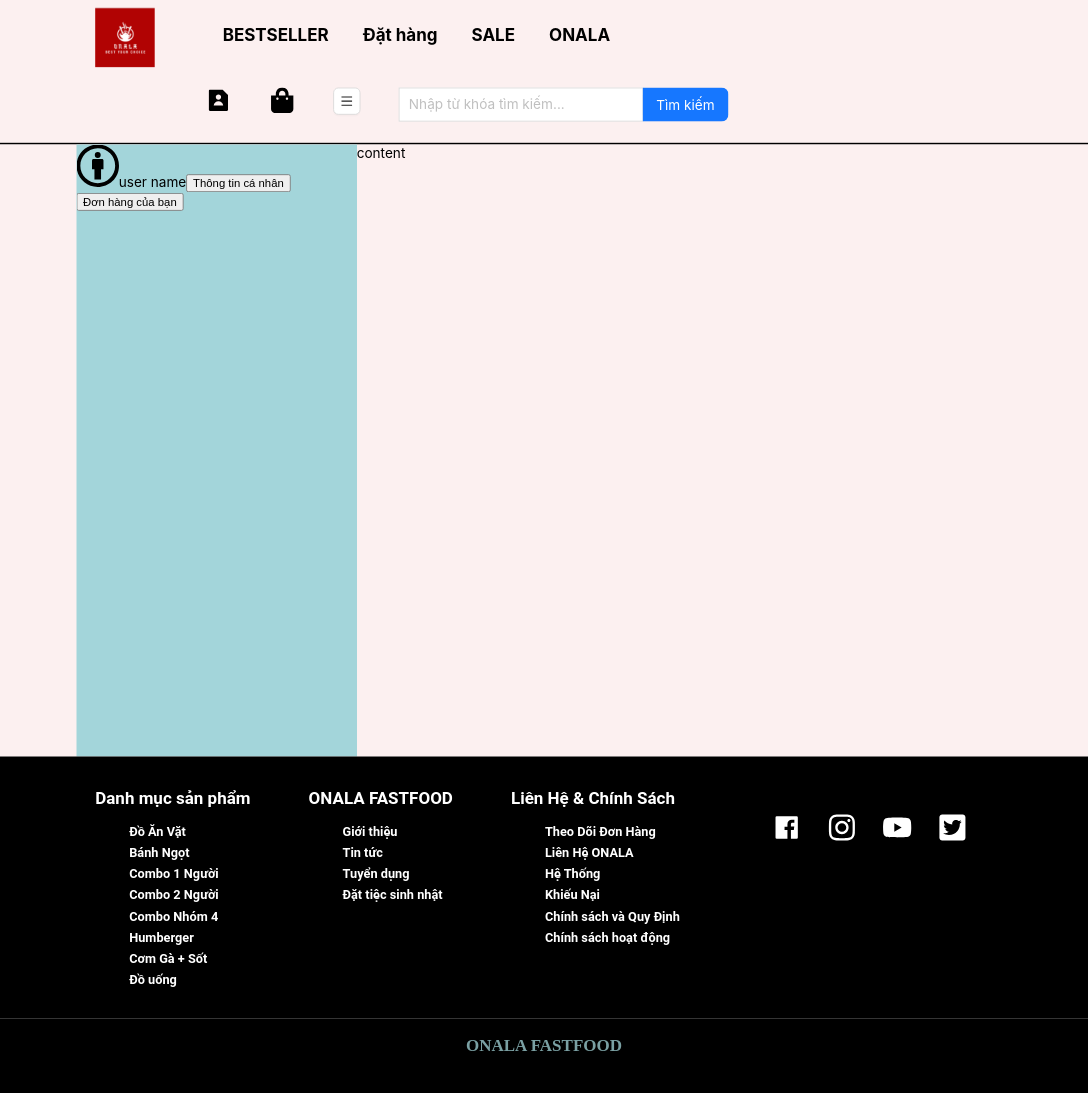
Repository: tranlan149/ONALA
Page: /account
An editor plug-in stored every save of this project. The page is shown before and after a run of saves, followed by the edit.
The browser window is 1280 px wide. The pictures show the whole page, at 85% of full size.
The project was rebuilt for these pictures with package versions that can differ from the ones it lists, and the page was loaded fresh each time. Also part of the build but not shown: src/Components/Search/Search.css, src/Pages/BestSeller/index.js, src/Pages/ONALA/index.js, src/Pages/Sale/index.js, src/Pages/Recommend/index.js, src/Pages/Register/RegisterForm.module.css, src/Pages/Register/index.js, src/Pages/Login/LoginForm.module.css and 12 more.

Above is the page before, as saved 2025-02-11 16:07:32.

After the next 4 saves:
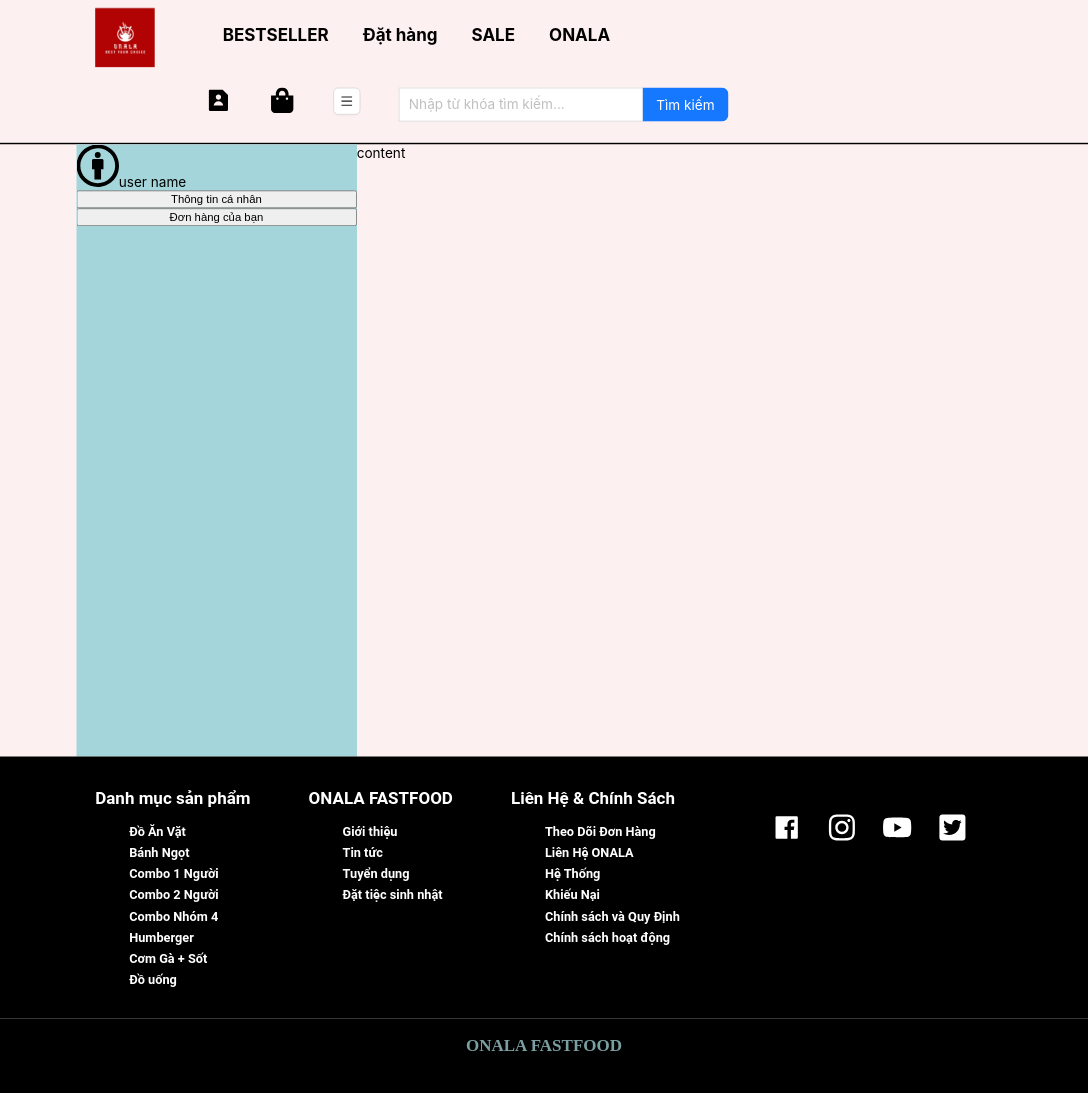
The 4 saves are shown as one change because they came seconds apart.
The last was saved 6 min 1 s later.
--- a/src/Pages/UserManagement/style.css
+++ b/src/Pages/UserManagement/style.css
@@ -10,6 +10,10 @@
     height: 100vh;
 }
 
+.userContain {
+    display: flex;
+    flex-direction: column;
+}
 .contentManagement {
 
 }
